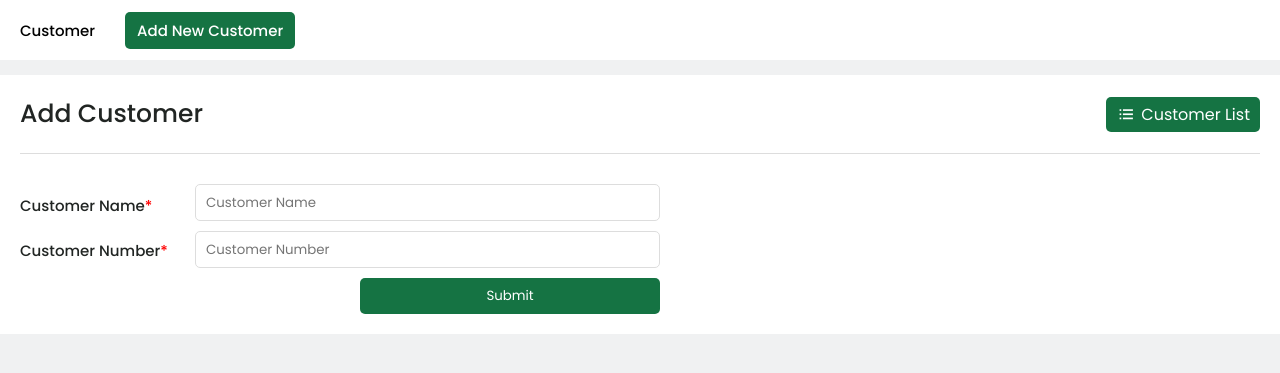
Repository: codebyaddro/customer-page
Page: pages/html/ancus.html
An editor plug-in stored every save of this project. The page is shown before and after a run of saves, followed by the edit.
The browser window is 1280 px wide. The pictures show the whole page.

Above is the page before, as saved 2025-02-20 15:18:00.

After the next 7 saves:
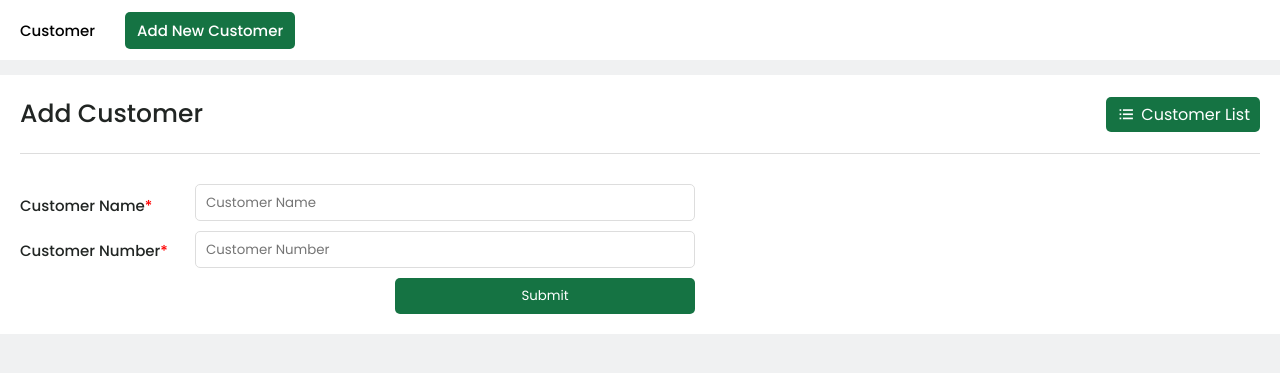
The 7 saves are shown as one change because they came seconds apart.
The last was saved 72 s later.
--- a/pages/css/ancus.css
+++ b/pages/css/ancus.css
@@ -154,6 +154,10 @@
     flex-direction: column;
 }
 
+.cba-ancus-input {
+    width: 500px;
+}
+
 .cba-ancus-form-con label {
     color: var(--light-black);
     font-size: 15px;
